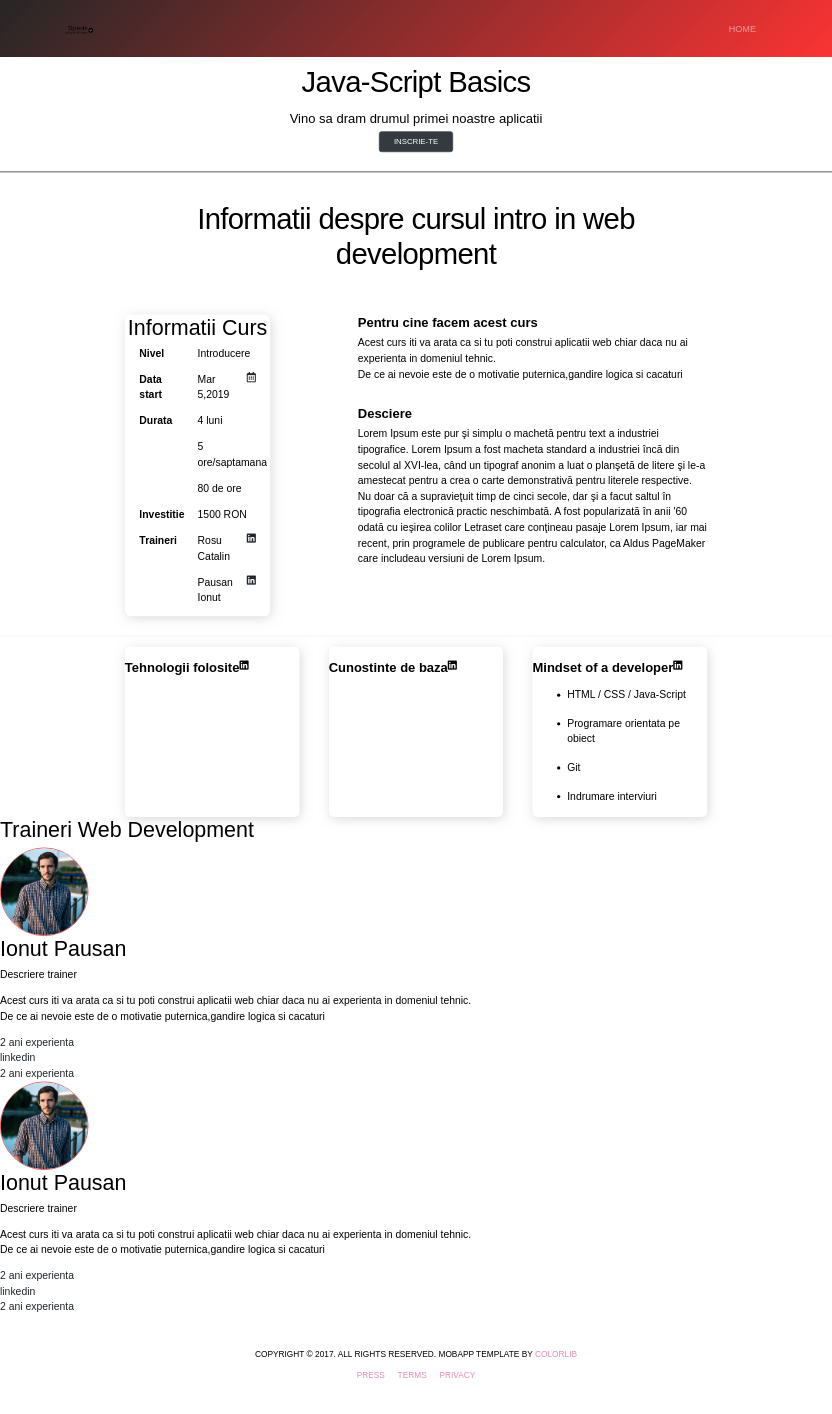
Repository: RosuCatalinDorin/ITSchool
Page: detaliiCurs/views/detalii-curs.html
The author's editor kept a copy of each file at every save. The page is drawn from the files as they stood at one save, then again after the next save.
The browser window is 1280 px wide. The pictures show the whole page, at 65% of full size.
Some web libraries are served in a nearby version.

Above is the page before, as saved 2019-03-12 07:51:07.

### detaliiCurs/views/detalii-curs.html
<!doctype html>
<html lang="en">


<head>
    <title>Speak Programming</title>
    <!-- Required meta tags -->
    <meta charset="utf-8">
    <meta name="viewport" content="width=device-width, initial-scale=1, shrink-to-fit=no">
    <meta name="description" content="Mobland - Mobile App Landing Page Template">
    <meta name="keywords" content="HTML5, bootstrap, mobile, app, landing, ios, android, responsive">
    <!-- Font -->
    <link rel="stylesheet" href="https://use.fontawesome.com/releases/v5.7.2/css/all.css" integrity="sha384-fnmOCqbTlWIlj8LyTjo7mOUStjsKC4pOpQbqyi7RrhN7udi9RwhKkMHpvLbHG9Sr" crossorigin="anonymous">
    <link rel="dns-prefetch" href="//fonts.googleapis.com">
    <script src="//code.jquery.com/jquery-1.11.1.min.js"></script>
    <!-- Bootstrap CSS -->
    <link rel="stylesheet" href="../../css/bootstrap.min.css">
    <!-- Themify Icons -->
    <link rel="stylesheet" href="../../css/themify-icons.css">
    <!-- Owl carousel -->
    <link rel="stylesheet" href="../../css/owl.carousel.min.css">
    <link rel="stylesheet" href="../css/detalii-curs.css">
    <!-- Main css -->
    <link href="../../css/style.css" rel="stylesheet">
    <link rel="shortcut icon" href="../images/partea_de_susLogo.png"/>
    <!-- jQuery and Bootstrap -->
    <script src="../../js/jquery-3.2.1.min.js"></script>
    <script src="../../js/bootstrap.bundle.min.js"></script>
    <!-- Plugins JS -->
    <script src="../../js/owl.carousel.min.js"></script>
    <!-- Custom JS -->

</head>

<body data-spy="scroll" data-target="#navbar" data-offset="30">

<!-- Nav Menu -->
<div class="nav-menu fixed-top">
    <div class="container">
        <div class="row">
            <div class="col-md-12">
                <nav class="navbar navbar-dark navbar-expand-lg">
                    <a class="navbar-brand" href="../../home-page/index.html"><img src="../../images/logo_partea_deJos.png" height="43" width="43" class="img-fluid" alt="logo"></a> <button class="navbar-toggler" type="button" data-toggle="collapse" data-target="#navbar" aria-controls="navbar" aria-expanded="false" aria-label="Toggle navigation"> <span class="navbar-toggler-icon"></span> </button>
                    <div class="collapse navbar-collapse" id="navbar">
                        <ul class="navbar-nav ml-auto">
                            <li class="nav-item"> <a class="nav-link active" href="../../home-page/index.html">HOME <span class="sr-only">(current)</span></a> </li>
                        </ul>
                    </div>
                </nav>
            </div>
        </div>
    </div>
</div>

<!-- Header start -->

<header  class="header-detalii-curs">
        <h2 class="detalii-curs-titlu" id="cursTitle">Java-Script Basics</h2>
        <h4 class="detalii-curs-motto">Vino sa dram drumul primei noastre aplicatii</h4>
        <div class="detalii-curs-button-container">
            <button type="button" class="btn btn-dark">Inscrie-te</button>
        </div>
    </div>
</header>

<!-- Header ends -->

<!-- Info curs start -->
<section class="info-curs-container">
    <div class="info-title" >
        <h2>Informatii despre cursul intro in web development</h2>
    </div>
    <div class="info-curs-detalii" >
        <div class="informatii-curs-sumar">
            <h3>Informatii Curs</h3>
            <div class="informatii-curs-row">
                <div class="row-first-elem">
                    <p>Nivel</p>
                </div>
                <p class="row-second-elem">Introducere </p>
            </div>
            <div class="informatii-curs-row">
                <div class="row-first-elem">
                    <p>Data start</p>
                </div>
                <div class="row-second-elem">
                    <div class="trainer-linkedin">
                        <p>Mar 5,2019</p>
                        <i class="far fa-calendar-alt"></i>
                    </div>
                </div>
            </div>
            <div class="informatii-curs-row">
                <div class="row-first-elem">
                    <p>Durata</p>
                </div>
                <div class="row-second-elem">
                    <p>4 luni </p>
                    <p>5 ore/saptamana </p>
                    <p>80 de ore </p>
                </div>
            </div>
            <div class="informatii-curs-row">
                    <div class="row-first-elem">
                            <p> Investitie </p>
                        </div>

                <p class="row-second-elem">1500 RON</p>
            </div>
            <div class="informatii-curs-row">
                    <div class="row-first-elem">
                            <p>Traineri</p>
                        </div>

                <div class="row-second-elem">
                    <div class="trainer-linkedin">
                        <p>Rosu Catalin</p>
                        <i href="https://www.linkedin.com/in/ro%C8%99u-c%C4%83t%C4%83lin-dorin-872322112/" class="fab fa-linkedin"></i>
                    </div>
                    <div class="trainer-linkedin">
                        <p>Pausan Ionut</p>
                        <i class="fab fa-linkedin"></i>
                    </div>
                </div>
            </div>
        </div>
        <div class="descriere-curs">
            <!-- put text into variables -->
                <div class="descriere-cui-se-adreseaza">
                    <h4>Pentru cine facem acest curs</h4>
                    <p> Acest curs iti va arata ca si tu poti construi aplicatii web chiar daca nu ai experienta in domeniul tehnic.<br> De ce ai nevoie este de o motivatie puternica,gandire  logica si cacaturi </p>
                </div>
                <div class="descriere-">
                    <h4> Desciere</h4>
                    <p>Lorem Ipsum este pur şi simplu o machetă pentru text a industriei tipografice. Lorem Ipsum a fost macheta standard a industriei încă din secolul al XVI-lea, când un tipograf anonim a luat o planşetă de litere şi le-a amestecat pentru a crea o carte demonstrativă pentru literele respective. Nu doar că a supravieţuit timp de cinci secole, dar şi a facut saltul în tipografia electronică practic neschimbată. A fost popularizată în anii '60 odată cu ieşirea colilor Letraset care conţineau pasaje Lorem Ipsum, iar mai recent, prin programele de publicare pentru calculator, ca Aldus PageMaker care includeau versiuni de Lorem Ipsum.</p>
                </div>
        </div>
    </div>
</section>
<hr>
<!-- Info curs ends -->


<!-- PROGRAMA CURS START -->

<section class="programa-curs">
    <div class="programa-curs-row">
        <header class="programa-curs-header">
            <h4>Tehnologii folosite</h4>
            <i class="fab fa-linkedin"></i>
        </header>
    </div>
    <div class="programa-curs-row">
        <header class="programa-curs-header">
            <h4>Cunostinte de baza</h4>
            <i class="fab fa-linkedin"></i>
        </header>
    </div>
    <div class="programa-curs-row">
        <header class="programa-curs-header">
            <h4>Mindset of a developer</h4>
            <i class="fab fa-linkedin"></i>
        </header>
        <ul class="lista-programa-curs">
            <li>HTML / CSS / Java-Script</li>
            <li>Programare orientata pe obiect</li>
            <li>Git</li>
            <li>Indrumare interviuri</li>
        </ul>
    </div>
</section>

<!-- PROGRAMA CURS ENDS -->

<!-- Trainer description start -->
<div class="DescriereTrainer">
        <div>
            <h3> Traineri Web Development</h3>
        </div>
        <div class="contentTrainerDetails">
            <div class="team-box-trainer">
                <div class="team-img">
                    <img src="../../images/pozaIonutPausan.jpg" class="rounded-circle" alt="Cinque Terre" width="136" height="136">
                </div>
                <div class="team-title-trainer ">
                    <h3>Ionut Pausan</h3>
                </div>
            </div>
            <div class="descriereTrainer">
                <p class="textOffset">Descriere trainer</p>
                <p> Acest curs iti va arata ca si tu poti construi aplicatii web chiar daca nu ai experienta in domeniul tehnic.<br> De ce ai nevoie este de o motivatie puternica,gandire  logica si cacaturi </p>
                <div class="repetClassStyle"><span>2 ani experienta</span></div>
                <div class="repetClassStyle"><span>linkedin</span></div>
                <div class="repetClassStyle" ><span>2 ani experienta</span></div>
            </div>
        </div>
        <div class="contentTrainerDetails">
            <div class="team-box-trainer">
                <div class="team-img">
                    <img src="../../images/pozaIonutPausan.jpg" class="rounded-circle" alt="Cinque Terre" width="136" height="136">
                </div>
                <div class="team-title-trainer ">
                    <h3>Ionut Pausan</h3>
                </div>
            </div>
            <div class="">

                <p>Descriere trainer</p>
                <p> Acest curs iti va arata ca si tu poti construi aplicatii web chiar daca nu ai experienta in domeniul tehnic.<br> De ce ai nevoie este de o motivatie puternica,gandire  logica si cacaturi </p>
                <div><span>2 ani experienta</span></div>
                <div ><span>linkedin</span></div>
                <div><span>2 ani experienta</span></div>
            </div>
        </div>
    </div>
<!-- Trainer description end -->


<footer class="my-5 text-center">
    <!-- Copyright removal is not prohibited! -->
    <p class="mb-2"><small>COPYRIGHT © 2017. ALL RIGHTS RESERVED. MOBAPP TEMPLATE BY <a href="https://colorlib.com">COLORLIB</a></small></p>

    <small>
        <a href="#" class="m-2">PRESS</a>
        <a href="#" class="m-2">TERMS</a>
        <a href="#" class="m-2">PRIVACY</a>
    </small>
</footer>


</body>

</html>

### detaliiCurs/css/detalii-curs.css
/* Header start */
.header-detalii-curs {
    border-bottom: 1px solid black;
}

.container-detalii-curs {
    text-align: center;
}

.detalii-curs-button-container{
    margin-bottom: 30px;
}
/* Header ends */

/* Info curs container start */
.info-curs-container {
    width: 70%;
    margin: auto;
}

.info-title{
    padding-top: 45px;
    padding-bottom: 50px;
    height: auto;
}

.info-title h2{
    text-align: center;
}

    /* DETALII CURS -START */
.info-curs-detalii{
    display: flex;
    justify-content: space-between;
    margin-bottom: 30px;
}

.informatii-curs-sumar{
    width: 25%;
    -webkit-box-shadow: 2px 3px 18px -2px rgba(186,186,186,0.68);
    -moz-box-shadow: 2px 3px 18px -2px rgba(186,186,186,0.68);
    box-shadow: 2px 3px 18px -2px rgba(186,186,186,0.68);
    border-radius: 3%;
}

.informatii-curs-sumar h3 {
    text-align: center;
}

.informatii-curs-row{
    /* font size-font-style */
    display: flex;
}

.row-first-elem{
    font-weight: bold;
    width: 30%;
    padding-left: 10%;
}

.row-second-elem {
    width:60%;
    text-align: start;
    padding-left: 20%;
  }

.trainer-linkedin{
    display: flex;
    justify-content: space-between;
}
/* DETALII CURS -END */

/* DESCRIERE CURS START */
.descriere-curs{
    width: 60%;
}

.descriere-curs h4{
    font-weight: bold;
}

.descriere-cui-se-adreseaza{
    padding-bottom: 20px;
}

/* DESCRIERE CURS ENDS */

/* Info curs container ends */


/* PROGRAMA CURS START */

.programa-curs{
    margin: auto;
    display: flex;
    width: 70%;
    justify-content: space-between;
}

.programa-curs-row{
    width: 30%;
    color: black;
    -webkit-box-shadow: 2px 3px 18px -2px rgba(186,186,186,0.68);
    -moz-box-shadow: 2px 3px 18px -2px rgba(186,186,186,0.68);
    box-shadow: 2px 3px 18px -2px rgba(186,186,186,0.68);
    border-radius: 3%;
}

.programa-curs-header {
    padding-top: 20px;
    display: flex;
    margin:auto;
    color:black;
}

.programa-curs-header h4{
    padding: 0;
    font-weight: bold;
}

.lista-programa-curs{
    width: 90%;
    margin: auto;
    padding-bottom: 10px;
}

.lista-programa-curs li {
    padding-top: 10px;
    padding-bottom: 10px;
}


/* PROGRAMA CURS ENDS */

Loaded but not shown: css/bootstrap.min.css (library); css/themify-icons.css (common file); css/owl.carousel.min.css (library); js/jquery-3.2.1.min.js (library); js/bootstrap.bundle.min.js (library); js/owl.carousel.min.js (library); css/style.css (723 lines, source omitted)

After the next save:
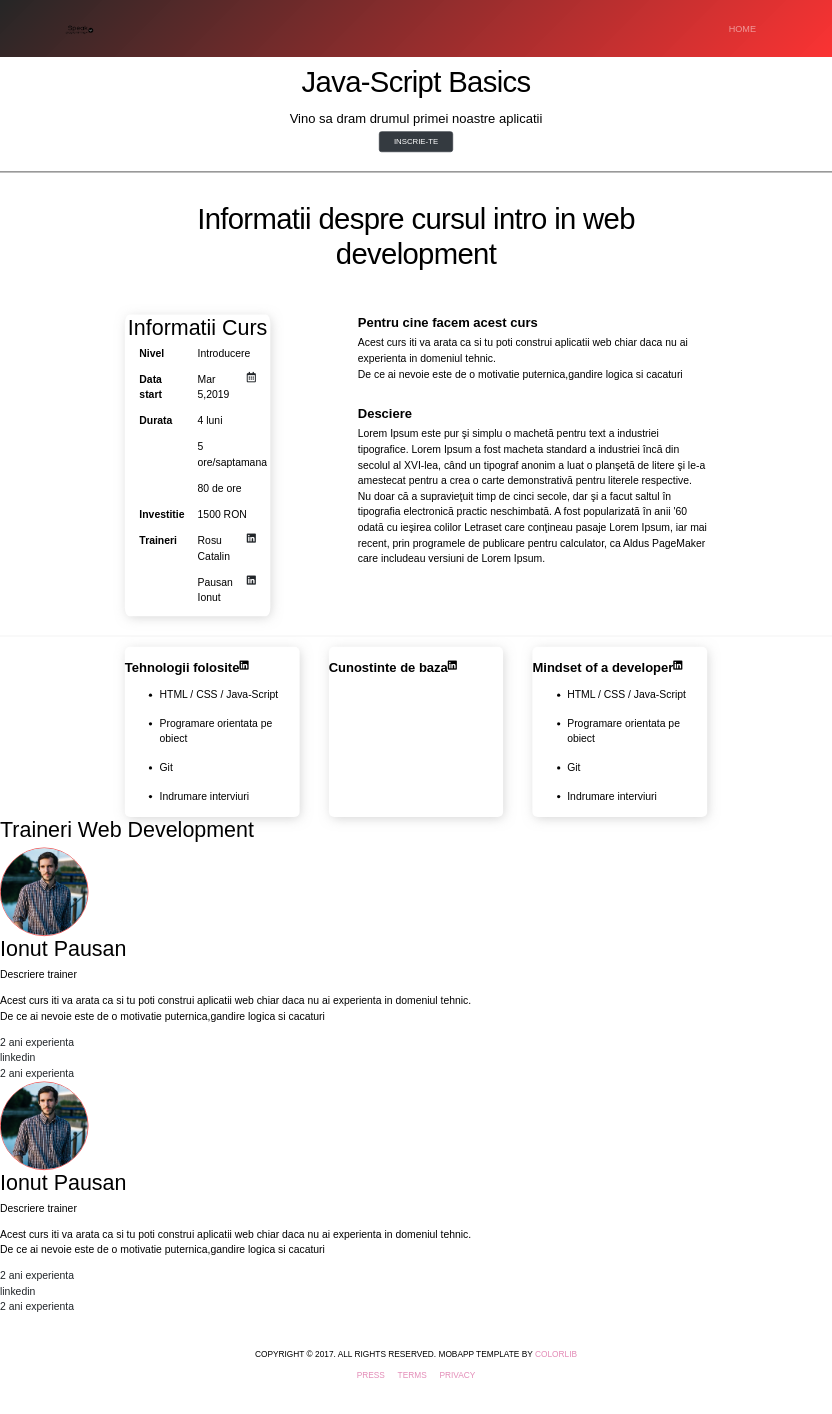
Saved 55 s later.
--- a/detaliiCurs/views/detalii-curs.html
+++ b/detaliiCurs/views/detalii-curs.html
@@ -149,6 +149,12 @@
             <h4>Tehnologii folosite</h4>
             <i class="fab fa-linkedin"></i>
         </header>
+        <ul class="lista-programa-curs">
+                <li>HTML / CSS / Java-Script</li>
+                <li>Programare orientata pe obiect</li>
+                <li>Git</li>
+                <li>Indrumare interviuri</li>
+            </ul>
     </div>
     <div class="programa-curs-row">
         <header class="programa-curs-header">
